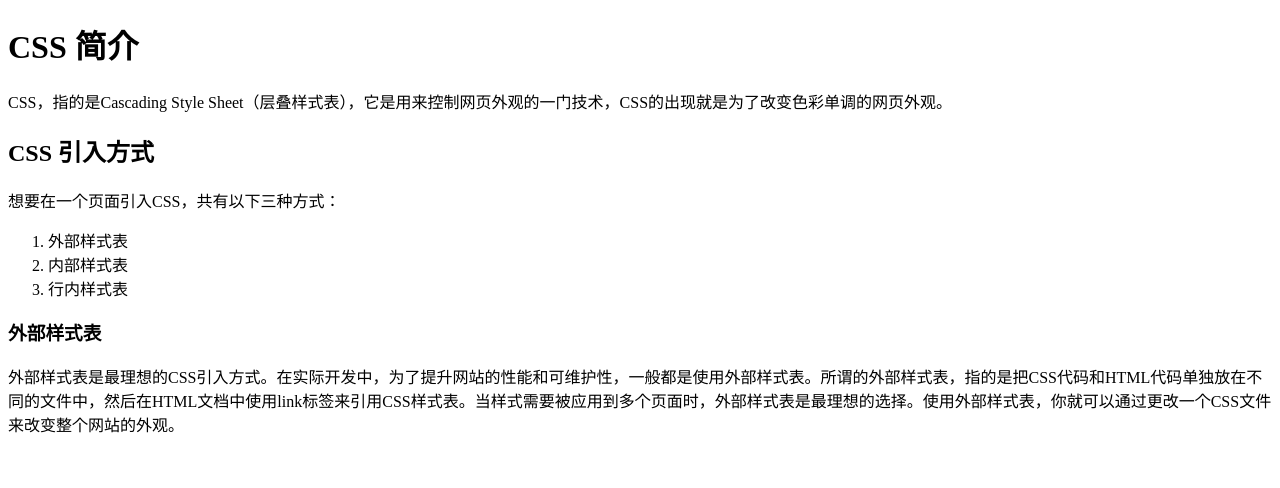
Repository: liang-n/front-end-basics
Page: 11-CSS简介.html
The author's editor kept a copy of each file at every save. The page is drawn from the files as they stood at one save, then again after a run of saves.
The browser window is 1280 px wide. The pictures show the whole page.

Above is the page before, as saved 2022-05-15 20:37:08.

After the next 2 saves:
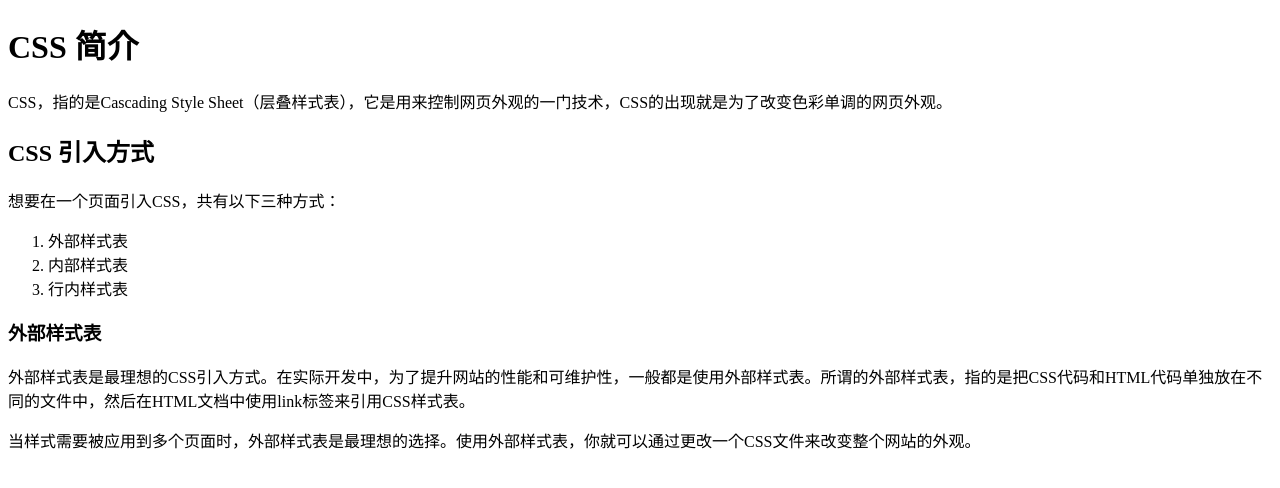
The 2 saves are shown as one change because they came seconds apart.
The last was saved 32 s later.
--- a/11-CSS简介.html
+++ b/11-CSS简介.html
@@ -21,7 +21,8 @@
 
     <h3>外部样式表</h3>
 
-    <p>外部样式表是最理想的CSS引入方式。在实际开发中，为了提升网站的性能和可维护性，一般都是使用外部样式表。所谓的外部样式表，指的是把CSS代码和HTML代码单独放在不同的文件中，然后在HTML文档中使用link标签来引用CSS样式表。当样式需要被应用到多个页面时，外部样式表是最理想的选择。使用外部样式表，你就可以通过更改一个CSS文件来改变整个网站的外观。</p>
+    <p>外部样式表是最理想的CSS引入方式。在实际开发中，为了提升网站的性能和可维护性，一般都是使用外部样式表。所谓的外部样式表，指的是把CSS代码和HTML代码单独放在不同的文件中，然后在HTML文档中使用link标签来引用CSS样式表。</p>
+    <p>当样式需要被应用到多个页面时，外部样式表是最理想的选择。使用外部样式表，你就可以通过更改一个CSS文件来改变整个网站的外观。</p>
 </body>
 
 </html>
